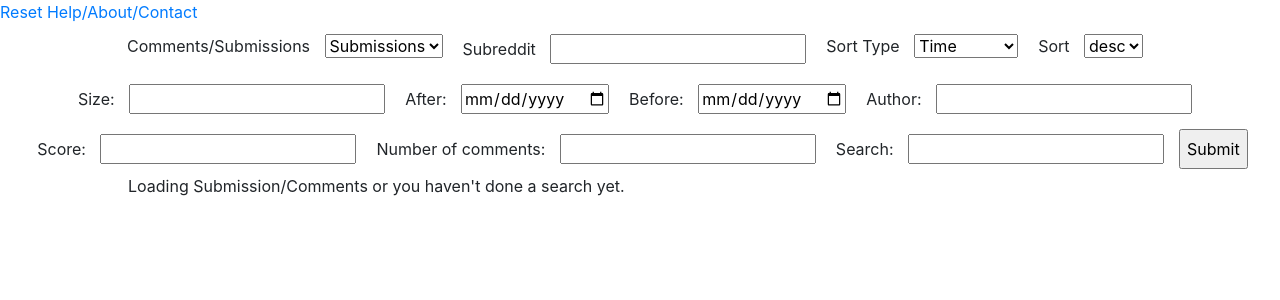
Repository: ihsoyCT/ctarchive
Page: dist/index.html
The author's editor kept a copy of each file at every save. The page is drawn from the files as they stood at one save, then again after the next save.
The browser window is 1280 px wide. The pictures show the whole page.

Above is the page before, as saved 2022-05-03 17:25:22.

After the next save:
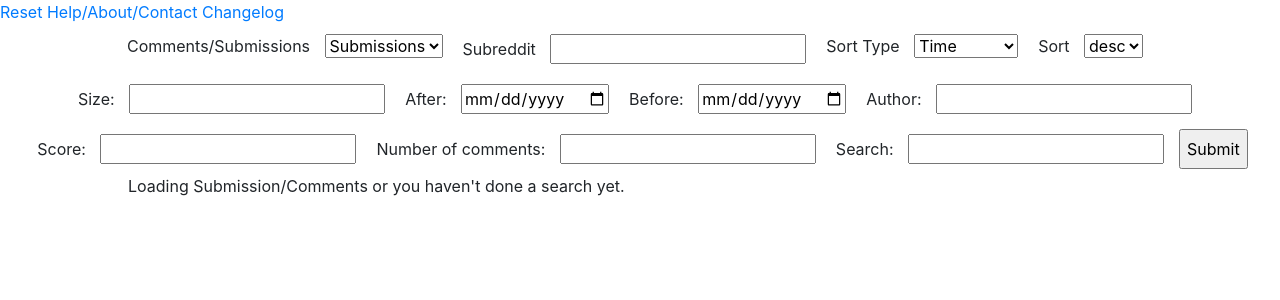
Saved 67 s later.
--- a/dist/index.html
+++ b/dist/index.html
@@ -116,6 +116,7 @@
   <div class="left">
     <a href="./index.html" id="back">Reset</a>
     <a href="./about.html" id="back">Help/About/Contact</a>
+    <a href="./changelog.html" id="back">Changelog</a>
     <div id="searchform">
       <form id="search_form">
         <div class="searchFlex">
